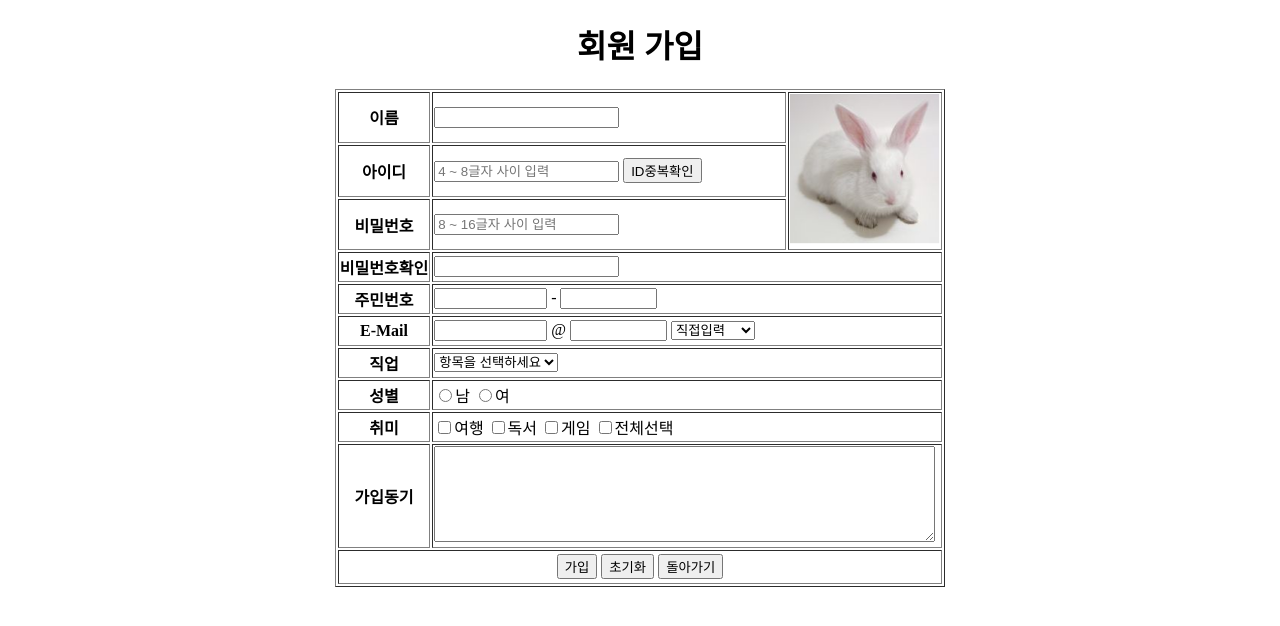
Repository: KimMinseooo/itwillStudy
Page: BACKEND/JSP/workspace_jsp/StudyHTML/src/main/webapp/1025/final_exam.html
An editor plug-in stored every save of this project. The page is shown before and after the next save, followed by the edit.
The browser window is 1280 px wide. The pictures show the whole page.

Above is the page before, as saved 2024-10-25 06:27:04.

### BACKEND/JSP/workspace_jsp/StudyHTML/src/main/webapp/1025/final_exam.html
<!DOCTYPE html>
<html>
<head>
<meta charset="UTF-8">
<title>Insert title here</title>
</head>
<body>
	<h1 align="center">회원 가입</h1>

		<table border="1" align="center">
			<form action="final_exam_result.html">

			<tr height="20">
				<td align="center" style="font-weight: bold;">이름</td>
				<td width="350">

				<input type="text">
				</td>
				<td rowspan="3" width="150" height="150">
				<img alt="" src="../rabbit.png" width="150" height="150">
				</td>
			</tr>
			<tr height="20">
			<td align="center" style="font-weight: bold;">아이디</td>
			<td>
				<input placeholder="4 ~ 8글자 사이 입력">
				<input type="button" value="ID중복확인">
			</td>
			</tr>
			<tr height="20">
			<td align="center" style="font-weight: bold;">비밀번호</td>
			<td>
				<input placeholder="8 ~ 16글자 사이 입력" type="password">
			</td>
			</tr>
			<tr height="30">
			<td align="center" style="font-weight: bold;">비밀번호확인</td>
			<td colspan="2">
				<input type="password">
			</td>
			</tr>
			<tr height="30">
			<td align="center" style="font-weight: bold;">주민번호</td>
			<td colspan="2">
				<input type="text" size="11"> - <input type="password" size="9">
			</td>
			</tr>
			<tr height="30">
			<td align="center" style="font-weight: bold;">E-Mail</td>
			<td colspan="2">
				<input type="text" size="11"> @ <input type="text" size="9">
				<select>
					<option >직접입력</option>
					<option>naver.com</option>
					<option>gmail.com</option>
					<option>nate.com</option>
				</select>
			</td>
			</tr>

			<tr height="30">
			<td align="center" style="font-weight: bold;">직업</td>
			<td colspan="2">
				<select>
					<option>항목을 선택하세요</option>
					<option>개발자</option>
					<option>DB엔지니어</option>
				</select>
			</td>
			</tr>
			<tr height="30">
			<td align="center" style="font-weight: bold;">성별</td>
			<td colspan="2">
				<input type="radio" name="gender" id= "male"><label for="male">남</label>
				<input type="radio" name="gender" id= "female"><label for="female">여</label>
			</td>
			</tr>

			<tr height="30">
			<td align="center" style="font-weight: bold;">취미</td>
			<td colspan="2">
				<input type="checkbox" name="hobby" id="hobby1"><label for="hobby1">여행</label>
				<input type="checkbox" name="hobby" id="hobby2"><label for="hobby2">독서</label>
				<input type="checkbox" name="hobby" id="hobby3"><label for="hobby3">게임</label>
				<input type="checkbox" name="hobby" id="hobby4"><label for="hobby4">전체선택</label>

			</td>
			</tr>
			<tr height="30">
			<td align="center" style="font-weight: bold;">가입동기</td>
			<td colspan="2">
				<textarea rows="6" cols="60" ></textarea>
			</td>
			</tr>
			<tr height="30">
			<td colspan="3" width="200" height="30" align="center">
				<input type="submit" value="가입" >
				<input type="reset" value="초기화">
				<input type="button" value="돌아가기">
			</td>
			</tr>
			</form>
		</table>

</body>
</html>

After the next save:
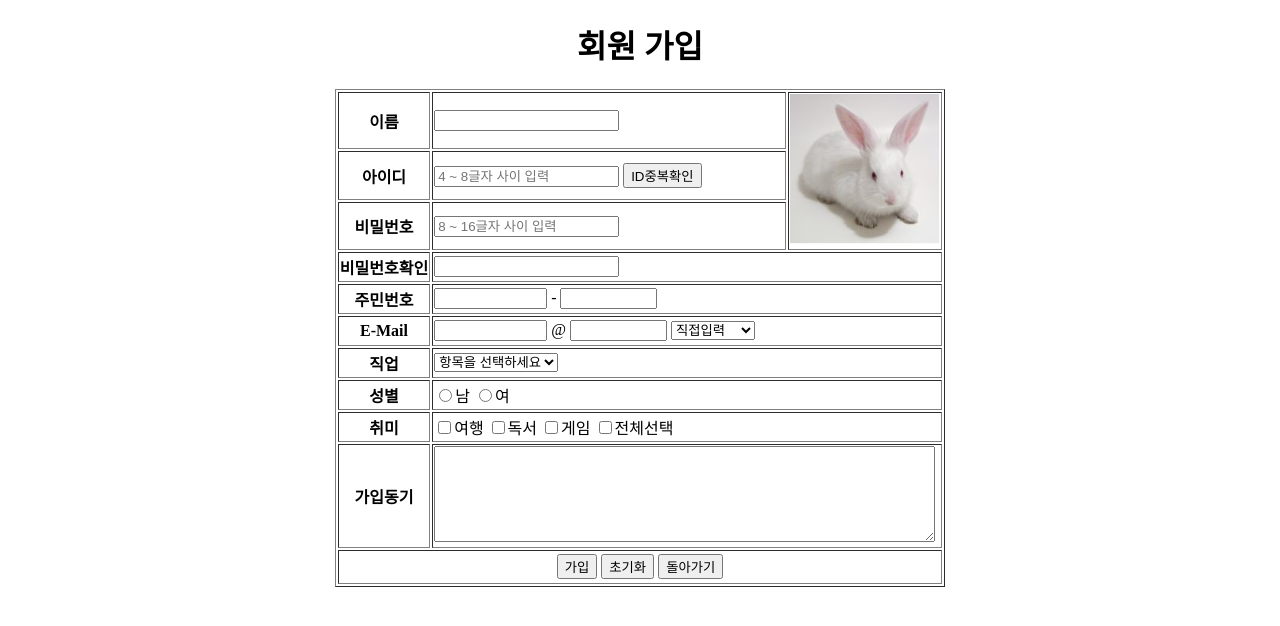
Saved 87 s later.
--- a/BACKEND/JSP/workspace_jsp/StudyHTML/src/main/webapp/1025/final_exam.html
+++ b/BACKEND/JSP/workspace_jsp/StudyHTML/src/main/webapp/1025/final_exam.html
@@ -12,7 +12,7 @@
 
 			<tr height="20">
 				<td align="center" style="font-weight: bold;">이름</td>
-				<td width="350">
+				<td width="350" height="30">
 
 				<input type="text">
 				</td>
